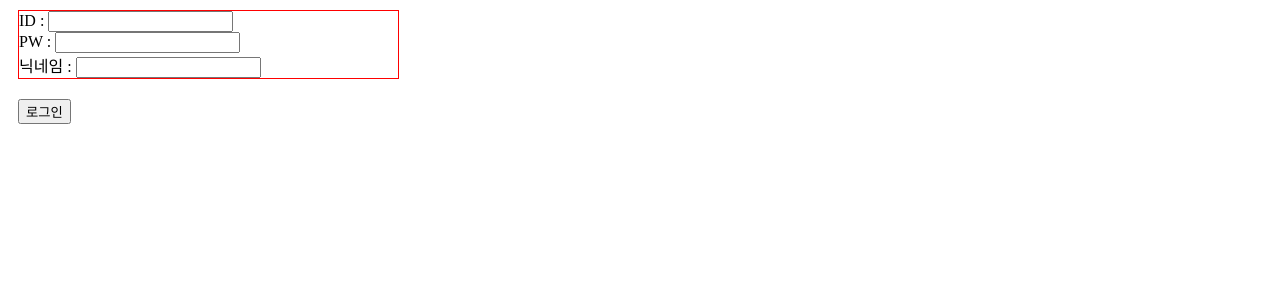
Repository: hyejux/jsp
Page: http://localhost/JSPBasic/session/session_ex01.jsp
These files come from the project's save history. The page is drawn as it stood at one moment and after the next save; the edit follows.
The browser window is 1280 px wide. The pictures show the whole page.
The page is served by Tomcat 10. Other server files are loaded and not shown.

Above is the page before, as saved 2024-06-26 04:59:50.

### JSPBasic/src/main/webapp/session/session_ex01.jsp
<%@ page language="java" contentType="text/html; charset=UTF-8"
    pageEncoding="UTF-8"%>
<!DOCTYPE html>
<html>
<head>
<meta charset="UTF-8">
<title>Insert title here</title>
</head>
<style>

form > input {
margin: 10px;
}

.f{
	border: 1px solid red;
	width : 30%;
	margin: 10px;
}

</style>
<body>

<form action="session_ex01_result.jsp"  method="post">
	<div class="f">
	ID  : <input type="text" name="id"> <br>
	PW : <input type="password" name="pw"> <br>
	닉네임 : <input type="text" name="nick"><br>
	</div>
	<input type="submit" value="로그인" name="submit" id="btn">
</form>

</body>
</html>

After the next save:
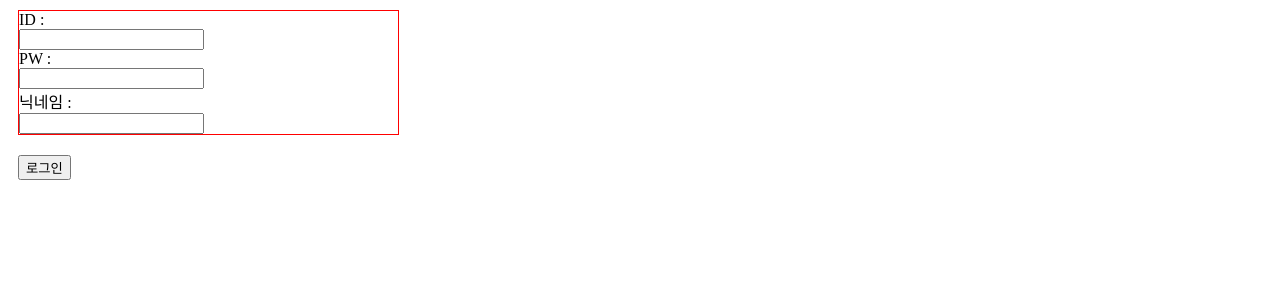
Saved 56 s later.
--- a/JSPBasic/src/main/webapp/session/session_ex01.jsp
+++ b/JSPBasic/src/main/webapp/session/session_ex01.jsp
@@ -23,9 +23,12 @@
 
 <form action="session_ex01_result.jsp"  method="post">
 	<div class="f">
-	ID  : <input type="text" name="id"> <br>
-	PW : <input type="password" name="pw"> <br>
-	닉네임 : <input type="text" name="nick"><br>
+	<div> ID  :</div>
+	<input type="text" name="id"> <br>
+	<div> PW  :</div>
+	<input type="password" name="pw"> <br>
+	<div> 닉네임  :</div>
+	<input type="text" name="nick"><br>
 	</div>
 	<input type="submit" value="로그인" name="submit" id="btn">
 </form>
